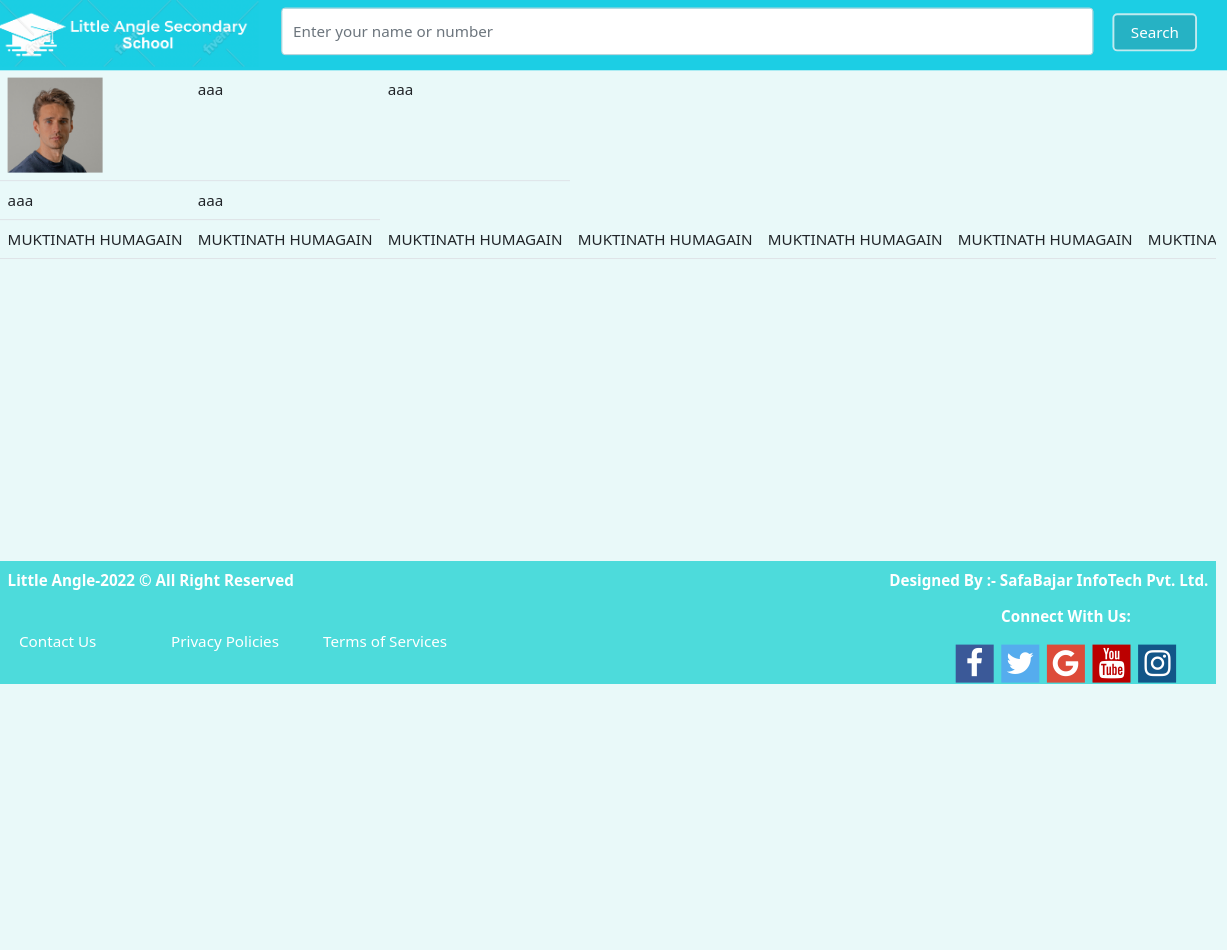
Repository: Sjuicyy/School-Project
Page: profilesview.html
An editor plug-in stored every save of this project. The page is shown before and after the next save, followed by the edit.
The browser window is 1280 px wide. The page is 1292 px wide, so the pictures cover 1292 px, including what lies to the right of the window. The pictures show the whole page, at 95% of full size.

Above is the page before, as saved 2022-09-22 11:35:33.

### profilesview.html
<!doctype html>
<html lang="en">

<head>
    <!-- Required meta tags -->
    <meta charset="utf-8">
    <meta name="viewport" content="width=device-width, initial-scale=1">

    <!-- Bootstrap CSS -->
    <link href="https://cdn.jsdelivr.net/npm/bootstrap@5.0.2/dist/css/bootstrap.min.css" rel="stylesheet"
        integrity="sha384-EVSTQN3/azprG1Anm3QDgpJLIm9Nao0Yz1ztcQTwFspd3yD65VohhpuuCOmLASjC" crossorigin="anonymous">

    <link rel="stylesheet" href="https://cdnjs.cloudflare.com/ajax/libs/font-awesome/4.7.0/css/font-awesome.min.css">


    <style>
        body {
            height: 1000px;
        }

        .navcol {
            background-color: rgb(28, 206, 228);
        }

        .row0 div {
            width: auto;
            display: flex;
        }

        .img {
            height: 70px;
            width: 100%;
        }

        .form-control {
            height: 50px;
        }


        .btn1 {
            background-color: rgb(38, 178, 196);
            color: white;
            height: 40px;
            width: 100px;
            margin: 20px;
            margin-top: 14px;
            border: 2px solid rgba(255, 255, 255, 0.715);
            border-radius: 5px;
        }

        .btn1:hover {
            background-color: rgba(0, 225, 255, 0);
            border: 2px solid white;
            outline: none;
        }

        .btn1:active {
            color: rgba(255, 255, 255, 0.667);
            border: 2px solid rgba(255, 255, 255, 0.533);
        }

        .footer {
            background-color: rgb(77, 219, 219);
            position: fixed;
            width: 100%;
            overflow: AUTO;
            color: rgb(255, 255, 255);
            bottom: 0;
        }

        .footer::-webkit-scrollbar {
            display: none;
        }


        .fb {

            width: 160px
        }

        .fa1 {
            font-size: xx-large;
            padding: 4px;
            margin: 2px;
            width: 40px;
            text-decoration: none;
        }

        .fa-facebook {
            background: #3B5998;
            color: white;
        }

        .fa-twitter {
            background: #55ACEE;
            color: white;
        }

        .fa-google {
            background: #dd4b39;
            color: white;
        }

        .fa-youtube {
            background: #bb0000;
            color: white;
        }

        .fa-instagram {
            background: #125688;
            color: white;
        }

        .red {
            border: 1px solid rgb(219, 77, 77);
        }

        .green {
            border: 1px solid rgb(2, 183, 255);
        }

        .yello {
            border: 1px solid rgb(193, 255, 6);
        }

        .btn2 {
            background-color: rgb(77, 219, 219);
            width: 400px;
        }

        .color {
            color: rgb(28, 206, 228);
        }

        .a {
            text-decoration: none;
            color: rgb(77, 219, 219);
        }

        .loginopt {
            background-color: rgb(255, 255, 255);
            color: rgb(28, 206, 228);
            border: 2px solid;
            width: 43px;
            border-radius: 100px;
            margin: 10px;
        }

        .loginopt:hover {
            color: #0c91f7;
        }

        .btn2:hover {
            background-color: #2a8bd0;
        }
    </style>
    <title>Little Angle School</title>
</head>

<body style="background-color:#99e6e335 ;>
    <!-- heading start -->
    <div class=" container-fluid text-center">
    <div class="row row0 navcol">
        <div class="col-3">
            <a href="pages.html">
                <img class="img" src="./school.png" alt="">
            </a>
        </div>
        <div class="col">
            <input class="form-control mt-2 " type="search" placeholder="Enter your name or number "
                aria-label="Search">
            <button class="btn1" type="submit">Search</button>
            </form>
        </div>
    </div>
    </div>
    <!-- heading end -->



    <!-- profile view body  -->




    <!-- <div class="container mt-4 w-75" style="border: 3px solid #0c91f7;">
        <div class="m-1">


        <div class="row">
            <div class="col-auto  ">
                <img src=" ./profile pic.jpg" width="100px" alt="">
            </div>
            <div class="col " style="">
                <div class="row mt-3 m-auto">
                    <div class="col-auto m-auto w-50 "><b>Name: </b>Shyam Joshi</div>
                    <div class="col-auto m-auto w-50 "><b> Email: </b>Sjuicyy@gmail.com</div>
                </div>
                <div class="row mt-3 m-auto">
                    <div class="col-auto m-auto w-50 "><B>DoB: </B>2055/04/31</div>
                    <div class="col-auto m-auto w-50 "><b>Mobile</b>: +977-9867867202</div>
                </div>
            </div>
            <div class="col-auto " style="overflow:hidden; width:100px">
                <div class="col mt-3 ">
                    <div class="btn btn-primary btn-sm  w-100">view</div>
                </div>
                <div class="col  mt-2">
                    <div class="btn btn-primary btn-sm  w-100">Edit</div>
                </div>
            </div>
        </div>

    </div>
    </div> -->



    <!-- // profile view body  -->





    <!-- another responsive table start -->










    <div class="table-responsive text-nowrap">
        <table class="table table-hover">
            <tbody class="table-border-bottom-0">
                <tr class="text-nowrap">
                    <td>
                        <img src="./profile pic.jpg" width="100px" alt="">
                            <td>aaa</td>
                            <td>aaa</td>
                        </tr>
                        <tr>
                            <td>aaa</td>
                            <td>aaa</td>
                        </tr>
                    </td>
                    <td>MUKTINATH HUMAGAIN</td>
                    <td>MUKTINATH HUMAGAIN</td>
                    <td>MUKTINATH HUMAGAIN</td>
                    <td>MUKTINATH HUMAGAIN</td>
                    <td>MUKTINATH HUMAGAIN</td>
                    <td>MUKTINATH HUMAGAIN</td>
                    <td>MUKTINATH HUMAGAIN</td>


                </tr>
            </tbody>
        </table>
    </div>
    <!-- another responsive table end -->








    <!-- footer start -->


    <div class="footer">
        <div class="row ">
            <div class="col mx-2 mt-2" style="text-align:left"> <b>Little Angle-2022 © All Right Reserved</b> </div>
            <div class="col mx-2 mt-2" style="text-align:right">
                <p> <b>Designed By :- SafaBajar InfoTech Pvt. Ltd.</b> </p>
            </div>
        </div>
        <div class="row mx-2">
            <div class="col-2  fb" style="text-align:left;margin-top:25px">Contact Us</div>
            <div class="col-2  fb" style="text-align:left;margin-top:25px">Privacy Policies</div>
            <div class="col-2  fb" style="text-align:left;margin-top:25px">Terms of Services</div>
            <div class="col  fb" style="text-align:left"></div>
            <div class="col-6 fb mt-2" style="text-align:center;width:300px">
                <p style="margin-top: -10px;"> <b>Connect With Us:</b> </p>
                <a href="https://www.facebook.com/search/top?q=safabazar%20private%20limited" class="fa fa1 fa-facebook"
                    style="text-align:center;margin-top:-10px"></a>
                <a href="#" class="fa fa1 fa-twitter"></a>
                <a href="#" class="fa fa1 fa-google"></a>
                <a href="#" class="fa fa1 fa-youtube"></a>
                <a href="#" class="fa fa1 fa-instagram"></a>
            </div>
        </div>

    </div>

    </div>

    </div>












    <!-- Optional JavaScript; choose one of the two! -->

    <!-- Option 1: Bootstrap Bundle with Popper -->
    <script src="https://cdn.jsdelivr.net/npm/bootstrap@5.0.2/dist/js/bootstrap.bundle.min.js"
        integrity="sha384-MrcW6ZMFYlzcLA8Nl+NtUVF0sA7MsXsP1UyJoMp4YLEuNSfAP+JcXn/tWtIaxVXM"
        crossorigin="anonymous"></script>

    <!-- Option 2: Separate Popper and Bootstrap JS -->
    <!--
    <script src="https://cdn.jsdelivr.net/npm/@popperjs/core@2.9.2/dist/umd/popper.min.js" integrity="sha384-IQsoLXl5PILFhosVNubq5LC7Qb9DXgDA9i+tQ8Zj3iwWAwPtgFTxbJ8NT4GN1R8p" crossorigin="anonymous"></script>
    <script src="https://cdn.jsdelivr.net/npm/bootstrap@5.0.2/dist/js/bootstrap.min.js" integrity="sha384-cVKIPhGWiC2Al4u+LWgxfKTRIcfu0JTxR+EQDz/bgldoEyl4H0zUF0QKbrJ0EcQF" crossorigin="anonymous"></script>
    -->
</body>

</html>

After the next save:
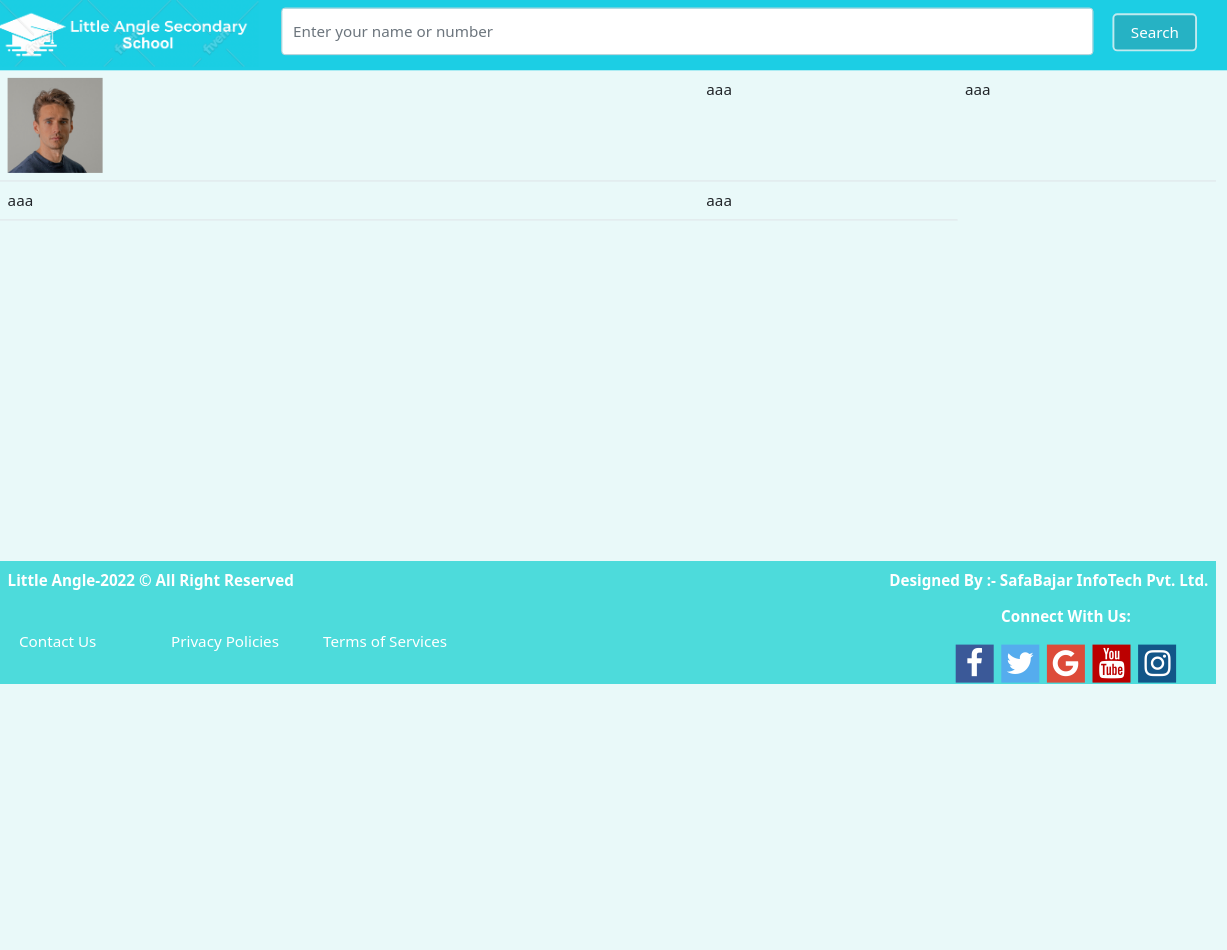
Saved 16 s later.
--- a/profilesview.html
+++ b/profilesview.html
@@ -247,13 +247,7 @@
                             <td>aaa</td>
                         </tr>
                     </td>
-                    <td>MUKTINATH HUMAGAIN</td>
-                    <td>MUKTINATH HUMAGAIN</td>
-                    <td>MUKTINATH HUMAGAIN</td>
-                    <td>MUKTINATH HUMAGAIN</td>
-                    <td>MUKTINATH HUMAGAIN</td>
-                    <td>MUKTINATH HUMAGAIN</td>
-                    <td>MUKTINATH HUMAGAIN</td>
+
 
 
                 </tr>
